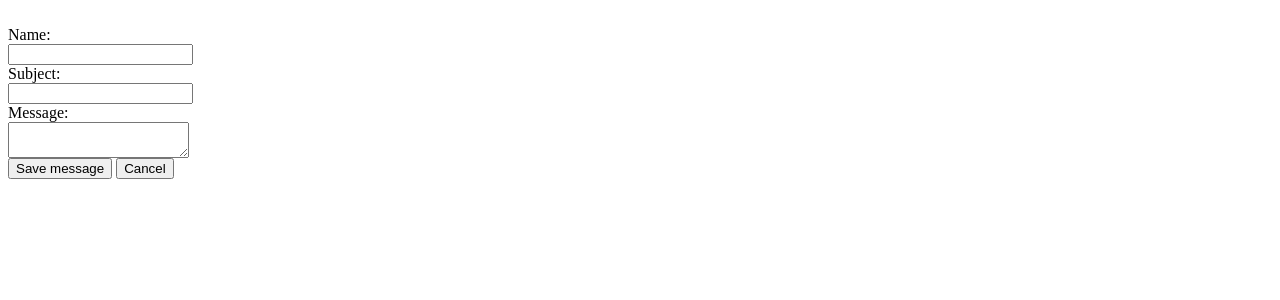
Repository: ClaudiaGheorghe97/cloudcomputing
Page: frontend/index.html
The author's editor kept a record of every edit. The page is drawn from the files as they stood at one moment, then again after the next edit.
The browser window is 1280 px wide. The pictures show the whole page.

Above is the page before.

### frontend/index.html
<form>
  <input type="hidden" name="id" id="id" /><br />
  Name:<br />
  <input type="text" name="name" id="name" /><br />
  Subject:<br />
  <input type="text" name="subject" id="subject"><br/>
  Message:<br />
  <textarea name="message" id="message"></textarea> <br/>
  <input type="submit" value="Save message">
  <input type="reset" value="Cancel">
</form>
<div id="table"></div>

After the next edit:
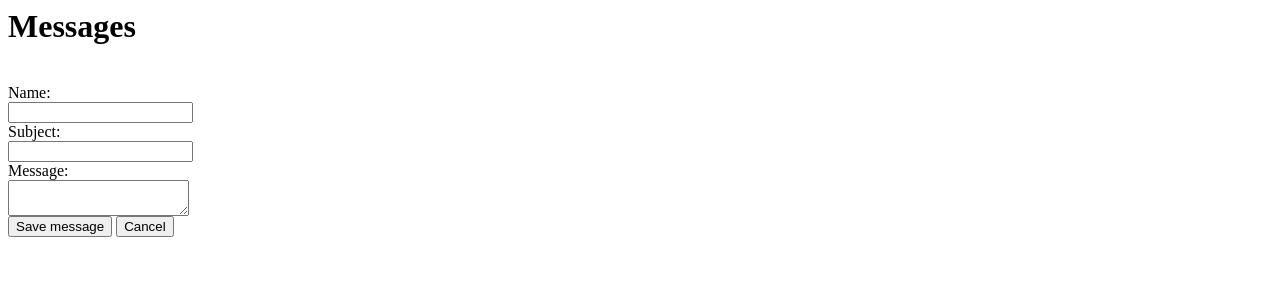
The edit:
--- a/frontend/index.html
+++ b/frontend/index.html
@@ -1,3 +1,13 @@
+
+<html>
+    <head>
+        <title>Message list</title>
+    </head>
+    <body>
+        <h1>Messages</h1>
+    </body>
+</html>
+
 <form>
   <input type="hidden" name="id" id="id" /><br />
   Name:<br />
